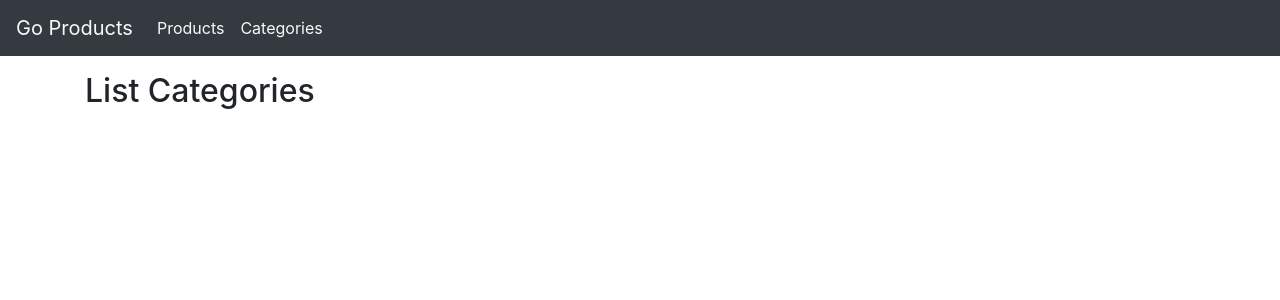
Repository: Nouthemoran/go-web-native-crud
Page: views/category/index.html
The author's editor kept a copy of each file at every save. The page is drawn from the files as they stood at one save, then again after a run of saves.
The browser window is 1280 px wide. The pictures show the whole page.

Above is the page before, as saved 2023-10-04 15:36:36.

After the next 5 saves:
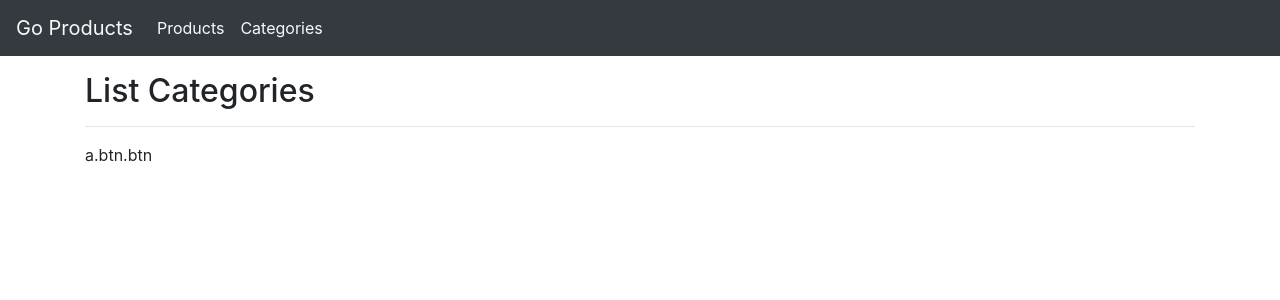
The 5 saves are shown as one change because they came seconds apart.
The last was saved 17 s later.
--- a/views/category/index.html
+++ b/views/category/index.html
@@ -32,6 +32,8 @@
 
     <div class="container mt-3">
         <h2>List Categories</h2>
+        <hr>
+        a.btn.btn
 
     </div>
 
